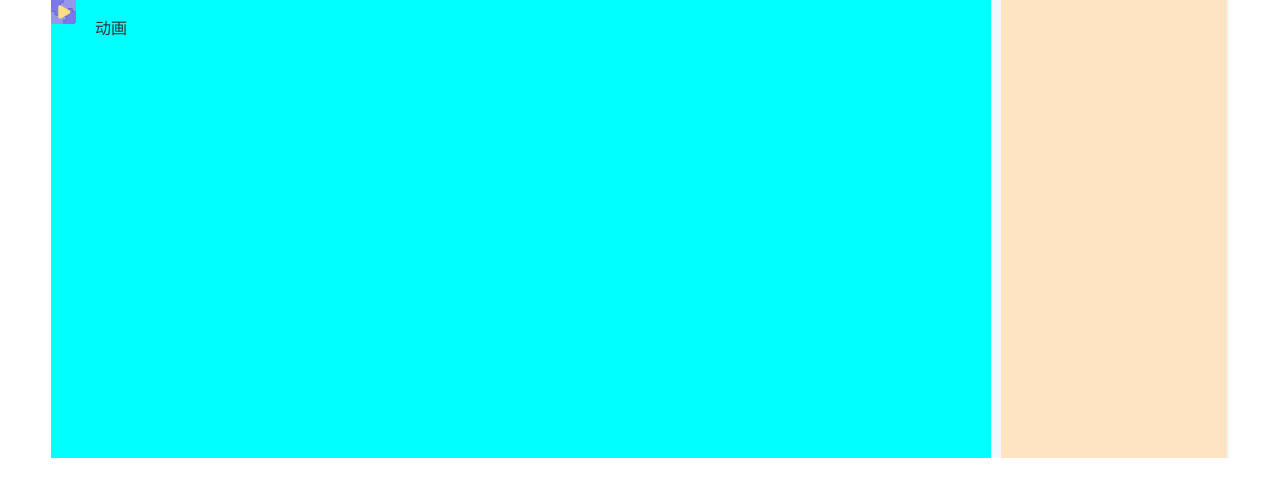
Repository: zhangwen001208/Honor-kings
Page: bibi.html
The author's editor kept a copy of each file at every save. The page is drawn from the files as they stood at one save, then again after the next save.
The browser window is 1280 px wide. The pictures show the whole page.

Above is the page before, as saved 2022-06-21 09:52:14.

### bibi.html
<!DOCTYPE html>
<html lang="en">
<head>
    <meta charset="UTF-8">
    <meta http-equiv="X-UA-Compatible" content="IE=edge">
    <meta name="viewport" content="width=device-width, initial-scale=1.0">
    <title>Document</title>
    <link type="text/css" rel="styleSheet"  href="./css/common.css" />
    <link type="text/css" rel="styleSheet"  href="./css/reset.css" />
    <style>
        .animation {
            display: flex;
            width: 1178px;
            height: 458px;
            background-color: aliceblue;
            margin: 0 auto;
        }
        .animation .animation-left {
            width: 940px;
            height: 458px;
            background-color: aqua;

        }
        .animation .animation-left .area-header {
            height: 28px;
            margin-bottom: 12px;
        }
        .animation .animation-left .area-header .icon {
            width: 34px;
            height: 34px;
            margin-right: 6px;
            background: url(./image/animation_icon.png) no-repeat;
        }

        .animation .animation-right {
            width: 226px;
            height: 458px;
            background-color: bisque;
            margin-left: 10px;



        }

    </style>
</head>
<body>
    <div class="animation">
        <div class="animation-left">
            <div class="area-header">
                <svg class="icon"></svg>
                <a href="#">动画</a>

            </div>

        </div>
        <div class="animation-right">

        </div>


    </div>


</body>
</html>

### css/common.css
.main_wrapper {
    width: 1200px;
    margin: 0 auto;
}

### css/reset.css


body,h1,h2,a,ul,ol,li,p,h3{
   margin: 0;
   padding: 0;

}

a {
 text-decoration: none;
 color: #333;

}
ul,li,ol{
   list-style: none;
}
img {
   vertical-align: top;
}

After the next save:
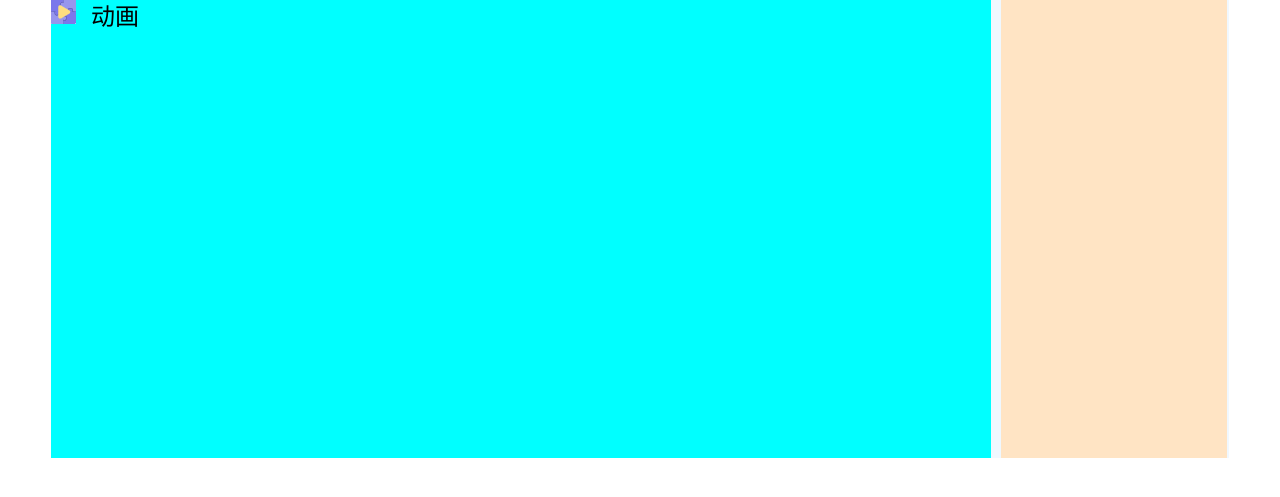
Saved 3 min 49 s later.
--- a/bibi.html
+++ b/bibi.html
@@ -22,6 +22,7 @@
 
         }
         .animation .animation-left .area-header {
+            display: flex;
             height: 28px;
             margin-bottom: 12px;
         }
@@ -30,6 +31,16 @@
             height: 34px;
             margin-right: 6px;
             background: url(./image/animation_icon.png) no-repeat;
+        }
+        .animation .animation-left .area-header a {
+            margin-right: 10px;
+            display: flex;
+            justify-content: flex-start;
+            align-items: center;
+            font-size: 24px;
+            color: var(--text1);
+            transition: color .2s linear;
+
         }
 
         .animation .animation-right {
